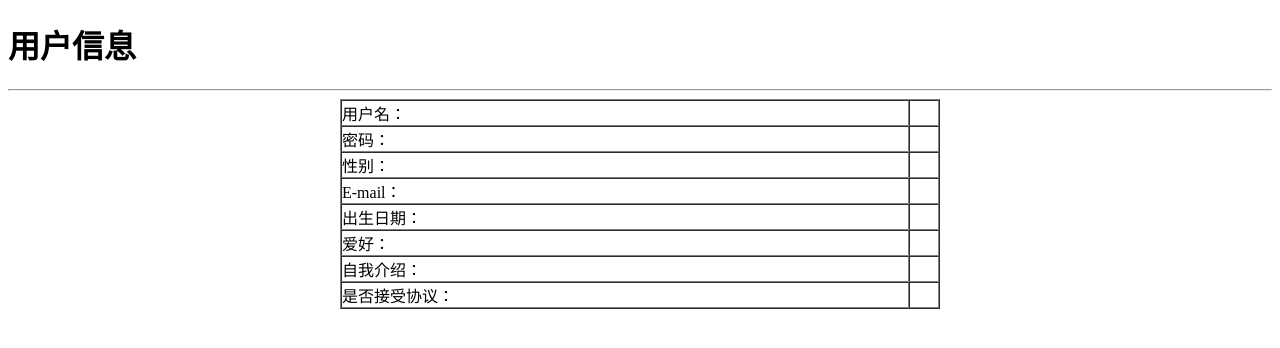
Repository: chengshide/Servlet
Page: http://localhost/ServletGetFormInfoDemo/userinfo.jsp
These files come from the project's save history. The page is drawn as it stood at one moment and after the next save; the edit follows.
The browser window is 1280 px wide. The pictures show the whole page.
The page is served by Tomcat 9. Nobody is signed in. The application's start-up code is not run. Other server files are loaded and not shown.

Above is the page before, as saved 2020-05-16 09:26:02.

### eclipseworlk/ServletGetFormInfoDemo/WebContent/userinfo.jsp
<%@ page language="java" contentType="text/html; charset=utf-8"
    pageEncoding="utf-8"%>
<!DOCTYPE html>
<html>
<head>
<meta charset="utf-8">
<title>Insert title here</title>
</head>
<body>
   <h1>用户信息</h1>
   <hr>
   <center>
     <table width="600" cellpadding="0" cellspacing="0" border="1">
       <tr>
         <td class="title">用户名：</td>
         <td class="content">&nbsp;</td>
       </tr>
       <tr>
         <td class="title">密码：</td>
         <td class="content">&nbsp;</td>
       </tr>
       <tr>
         <td class="title">性别：</td>
         <td class="content">&nbsp;</td>
       </tr>
       <tr>
         <td class="title">E-mail：</td>
         <td class="content">&nbsp;</td>
       </tr>
       <tr>
         <td class="title">出生日期：</td>
         <td class="content">&nbsp;</td>
       </tr>
       <tr>
         <td class="title">爱好：</td>
         <td class="content">&nbsp;</td>
       </tr>
       <tr>
         <td class="title">自我介绍：</td>
         <td class="content">&nbsp;</td>
       </tr>
       <tr>
         <td class="title">是否接受协议：</td>
         <td class="content">&nbsp;</td>
       </tr>
     </table>
   </center>
</body>
</html>

After the next save:
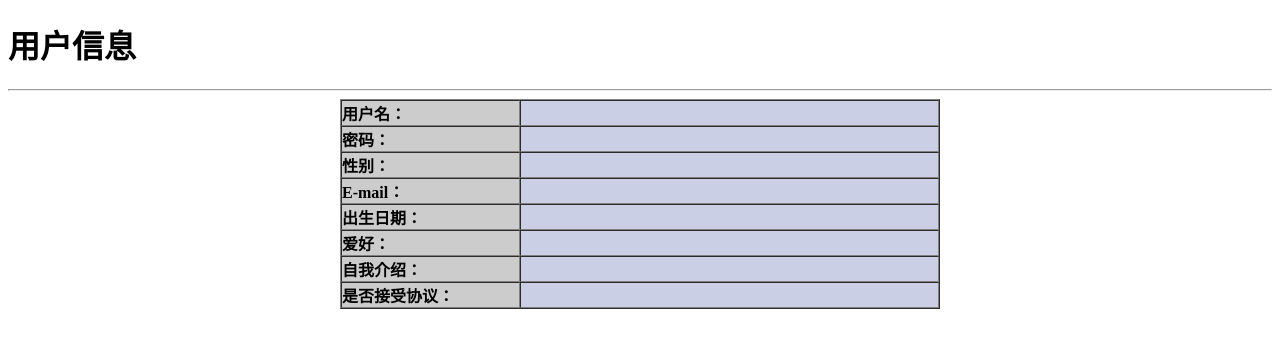
Saved 23 s later.
--- a/eclipseworlk/ServletGetFormInfoDemo/WebContent/userinfo.jsp
+++ b/eclipseworlk/ServletGetFormInfoDemo/WebContent/userinfo.jsp
@@ -5,6 +5,18 @@
 <head>
 <meta charset="utf-8">
 <title>Insert title here</title>
+ <style type="text/css">
+	 .title{
+		 width: 30%;
+		 background-color: #CCC;
+		 font-weight: bold;
+	 }
+	 .content{
+	     width:70%;
+	     background-color: #CBCFE5;
+	 }
+
+   </style>
 </head>
 <body>
    <h1>用户信息</h1>
